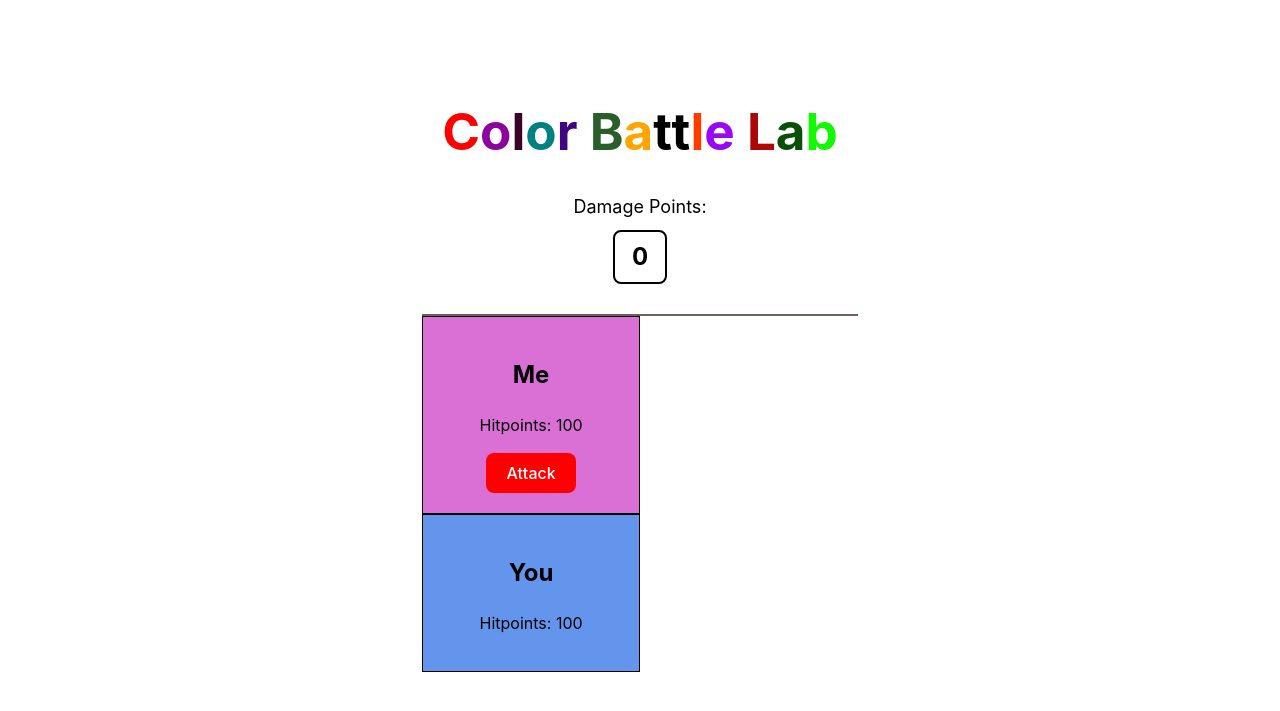
Repository: RAWdevX21/color-battle_lab-build
Page: /
An editor plug-in stored every save of this project. The page is shown before and after the next save, followed by the edit.
The browser window is 1280 px wide. The pictures show the whole page.
The project was rebuilt for these pictures with package versions that can differ from the ones it lists, and the page was loaded fresh each time. Also part of the build but not shown: vite.config.js.

Above is the page before, as saved 2023-08-17 02:16:26.

### index.html
<!doctype html>
<html lang="en">
  <head>
    <meta charset="UTF-8" />
    <link rel="icon" type="image/svg+xml" href="/vite.svg" />
    <meta name="viewport" content="width=device-width, initial-scale=1.0" />
    <title>Color Battle</title>
  </head>
  <body>
    <div id="root"></div>
    <script type="module" src="/src/main.jsx"></script>
  </body>
</html>

### src/App.jsx
import { useState } from "react";
import GameBanner from "./Components/GameBanner";
import Player from "./Components/PlayerInfo";
import "./App.css";

export default function App() {
  const [player1, setPlayer1] = useState({
    name: "Me",
    color: "orchid",
    hitpoints: 100,
    turn: true
  });

  const [player2, setPlayer2] = useState({
    name: "You",
    color: "cornflowerblue",
    hitpoints: 100,
    turn: false
  });

  const [dice, setDice] = useState(0);

  const handleAttack = (attacker, defender, setAttacker, setDefender) => {
    const damage = Math.floor(Math.random() * 6) + 1;
    setDice(damage);

    const updatedDefender = {
      ...defender,
      hitpoints: defender.hitpoints - damage
    };
    const updatedAttacker = { ...attacker, turn: false };

    setDefender(updatedDefender);
    setAttacker(updatedAttacker);

    // Switch turns
    if (attacker === player1) {
      setPlayer2({ ...player2, turn: true });
    } else {
      setPlayer1({ ...player1, turn: true });
    }

    // Check for game over
    if (updatedDefender.hitpoints <= 0) {
      alert(`${attacker.name} wins!`);
      // Reset game or any other logic you want to add
    }
  };

  return (
    <>
      <div className="wrapper">
        <GameBanner damagePoints={dice} />

        <div className="players-container">
          <div className="player-wrapper">
            <Player
              player={player1}
              onAttack={() =>
                handleAttack(player1, player2, setPlayer1, setPlayer2)
              }
            />
          </div>
          <div className="player-wrapper">
            <Player
              player={player2}
              onAttack={() =>
                handleAttack(player2, player1, setPlayer2, setPlayer1)
              }
            />
          </div>
        </div>
      </div>
    </>
  );
}

### src/index.css
:root {
  font-family: Inter, system-ui, Avenir, Helvetica, Arial, sans-serif;
  line-height: 1.5;
  font-weight: 400;

  color-scheme: light dark;
  background-color: #242424;

}

a {
  font-weight: 500;
  /* color: #646cff; */
  text-decoration: inherit;
}
a:hover {
  /* color: #535bf2; */
}

body {
  margin: 0;
  display: flex;
  place-items: center;
  min-width: 320px;
  min-height: 100vh;
}

h1 {
  font-size: 3.2em;
  line-height: 1.1;
}

button {
  border-radius: 8px;
  border: 1px solid transparent;
  padding: 0.6em 1.2em;
  font-size: 1em;
  font-weight: 500;
  font-family: inherit;
  background-color: #1a1a1a;
  cursor: pointer;
  transition: border-color 0.25s;
}
button:hover {
  border-color: #646cff;
}
button:focus,
button:focus-visible {
  outline: 4px auto -webkit-focus-ring-color;
}

@media (prefers-color-scheme: light) {
  :root {
    background-color: #ffffff;
  }
  a:hover {
    color: #747bff;
  }
  button {
    background-color: #f9f9f9;
  }
}

### src/Components/GameBanner.jsx
import './GameBanner.css';
import Die from "./Die";

const GameBanner = ({ damagePoints }) => {
    return (
      <div className="banner">
        <h1>
          <span className="banner--c">C</span>
          <span className="banner--o">o</span>
          <span className="banner--l">l</span>
          <span className="banner--o2">o</span>
          <span className="banner--r">r</span>
          &nbsp;
          <span className="banner--b">B</span>
          <span className="banner--a">a</span>
          <span className="banner--t">t</span>
          <span className="banner--t">t</span>
          <span className="banner--l2">l</span>
          <span className="banner--e">e</span>
          &nbsp;
          <span className="banner--l3">L</span>
          <span className="banner--a2">a</span>
          <span className="banner--b2">b</span>
        </h1>
        <div className="damage-points">
          Damage Points: <Die value={damagePoints} />
        </div>
      </div>
    );
}

export default GameBanner;

### src/Components/PlayerInfo.jsx
import "./PlayerInfo.css";

const Player = ({ player, onAttack }) => {
  return (
    <div className="player" style={{ backgroundColor: player.color }}>
      <h2>{player.name}</h2>
      <p>Hitpoints: {player.hitpoints}</p>
      {player.turn && (
        <button className="attack-button" onClick={onAttack}>
          Attack
        </button>
      )}
    </div>
  );
};

export default Player;

### src/Components/GameBanner.css
.banner {
    text-align: center;
    padding: 20px;
    background-color: #ffffff;
    border-bottom: 2px solid #735d5d;
    color: black;
}

.damage-points {
    margin-top: 10px;
    font-size: 18px;
}

.banner h1 span.banner--c { color: red; }
.banner h1 span.banner--o { color: rgb(140, 4, 158); }
.banner h1 span.banner--l { color: rgb(60, 1, 38); }
.banner h1 span.banner--o2 { color: teal; }
.banner h1 span.banner--r { color: rgb(62, 5, 131); }
.banner h1 span.banner--b { color: rgb(43, 94, 43); }
.banner h1 span.banner--a { color: orange; }
.banner h1 span.banner--t { color: black; }
.banner h1 span.banner--l2 { color: rgb(255, 60, 0); }
.banner h1 span.banner--e { color: rgb(153, 7, 245); }
.banner h1 span.banner--l3 { color: rgb(172, 8, 8); }
.banner h1 span.banner--a2 { color: rgb(8, 80, 8); }
.banner h1 span.banner--b2 { color: rgb(17, 250, 1); }

### src/Components/Die.jsx
import "./Die.css";

const Die = ({ value }) => {
  return <div className="die-container">{value}</div>;
};

export default Die;

### src/Components/PlayerInfo.css
.player {
    padding: 20px;
    border: 1px solid black;
    width: 50%;
    box-sizing: border-box;
    background-color: #f5f5f5;
}

.attack-button {
    padding: 10px 20px;
    background-color: red;
    color: white;
    border: none;
    cursor: pointer;
}

### src/Components/Die.css
.die {
    text-align: center;
    font-size: 20px;
    margin-top: 20px;
}

.die-container {
    width: 50px;
    height: 50px;
    border: 2px solid black;
    border-radius: 8px;
    display: flex;
    align-items: center;
    justify-content: center;
    font-size: 24px;
    font-weight: bold;
    margin: 10px auto;
}

Loaded but not shown: src/main.jsx (common file); src/App.css (common file)

After the next save:
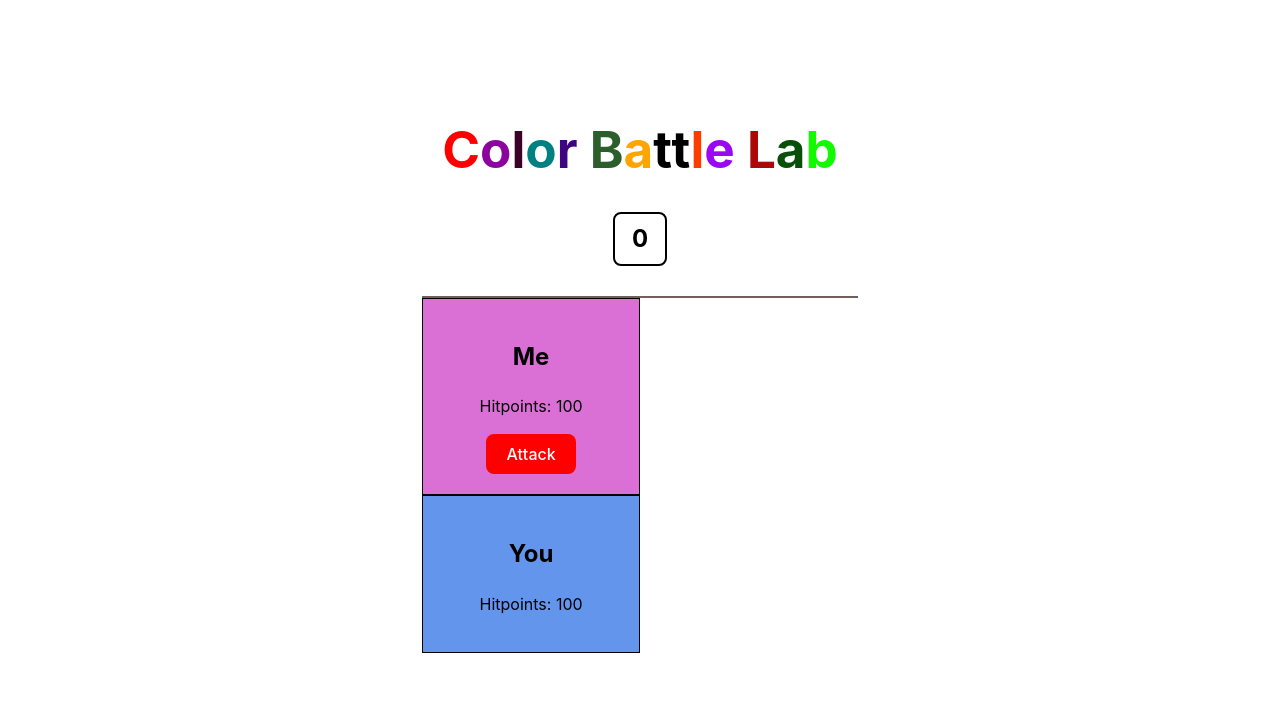
Saved 40 s later.
--- a/src/Components/GameBanner.jsx
+++ b/src/Components/GameBanner.jsx
@@ -23,7 +23,7 @@ const GameBanner = ({ damagePoints }) => {
           <span className="banner--b2">b</span>
         </h1>
         <div className="damage-points">
-          Damage Points: <Die value={damagePoints} />
+          <Die value={damagePoints} />
         </div>
       </div>
     );
